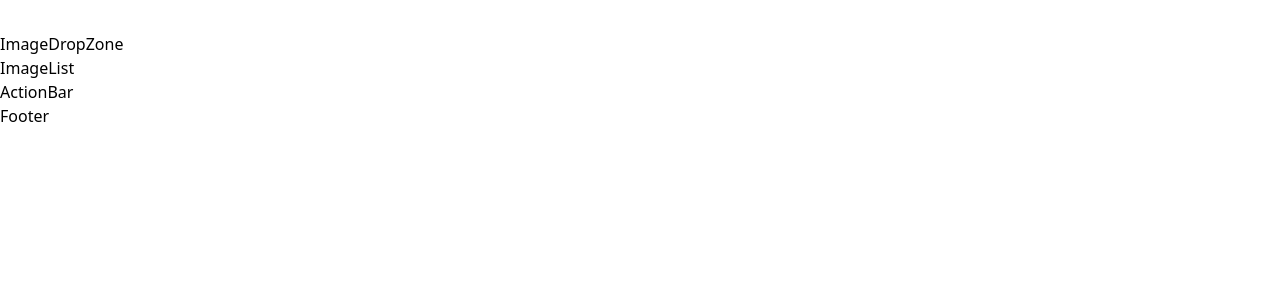
Repository: Cozmoss/TFE_IFAPME
Page: /
The author's editor kept a copy of each file at every save. The page is drawn from the files as they stood at one save, then again after a run of saves.
The browser window is 1280 px wide. The pictures show the whole page.
The project was rebuilt for these pictures with package versions that can differ from the ones it lists, and the page was loaded fresh each time. Also part of the build but not shown: vite.config.js.

Above is the page before, as saved 2026-04-12 12:01:45.

After the next 2 saves:
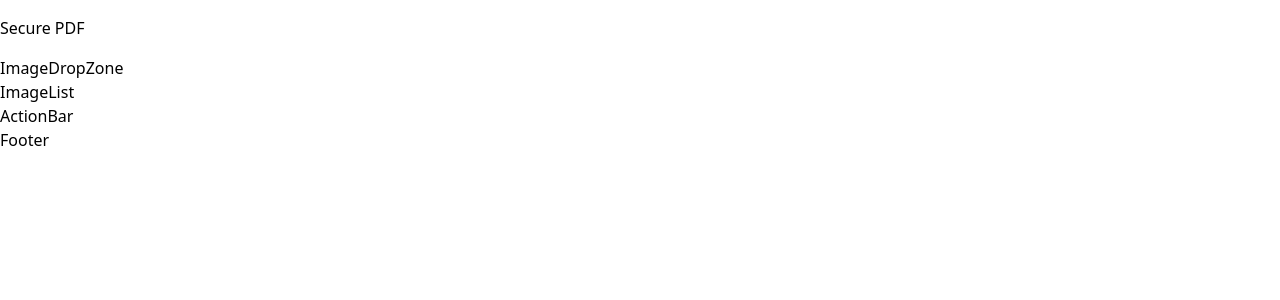
The 2 saves are shown as one change because they came seconds apart.
The last was saved 12 s later.
--- a/src/components/Header.jsx
+++ b/src/components/Header.jsx
@@ -4,6 +4,7 @@ export default function Header() {
   return (
     <header>
         <div className="flex justify-between items-center py-4">
+            <div>Secure PDF</div>
 
         </div>
     </header>
